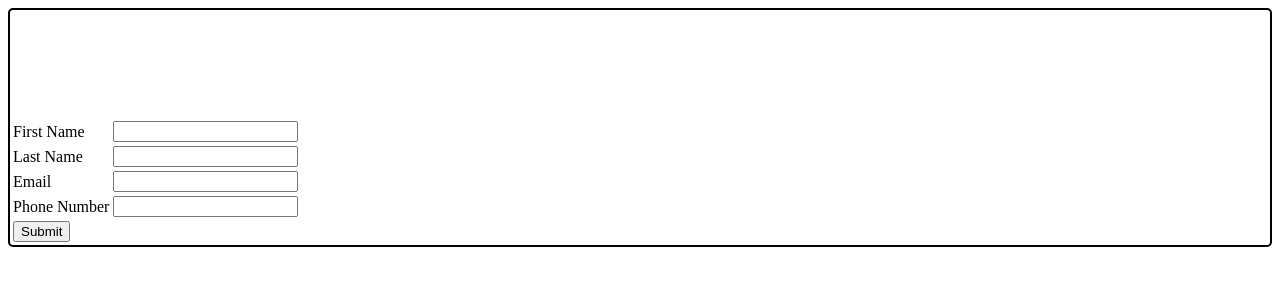
Repository: Jeevith-U/Advance-Java
Page: http://localhost/JSPTags/login1.jsp
The author's editor kept a copy of each file at every save. The page is drawn from the files as they stood at one save, then again after the next save.
The browser window is 1280 px wide. The pictures show the whole page.
The page is served by Tomcat 9.

Above is the page before, as saved 2023-08-19 04:10:39.

After the next save:
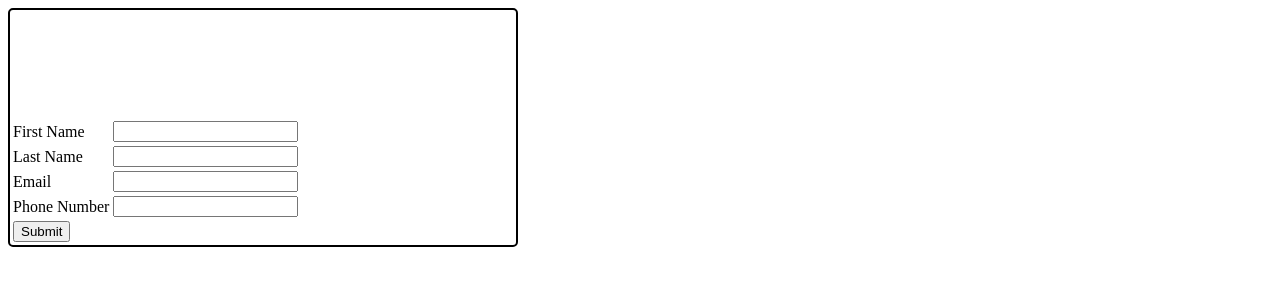
Saved 92 s later.
--- a/JSPTags/src/main/webapp/login1.jsp
+++ b/JSPTags/src/main/webapp/login1.jsp
@@ -7,7 +7,7 @@
 #table{
 border: 2px solid;
 border-radius: 5px ;
-
+width: 40%
 }
 </style>
 <meta charset="ISO-8859-1">
